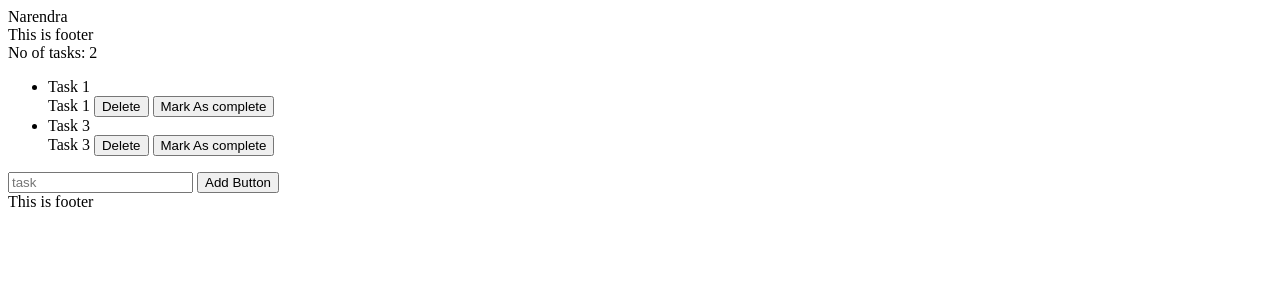
Repository: narendraiitm/jan-2023-term-live-session
Page: todo-vue/index.html
An editor plug-in stored every save of this project. The page is shown before and after the next save, followed by the edit.
The browser window is 1280 px wide. The pictures show the whole page.

Above is the page before, as saved 2023-02-16 17:45:31.

After the next save:
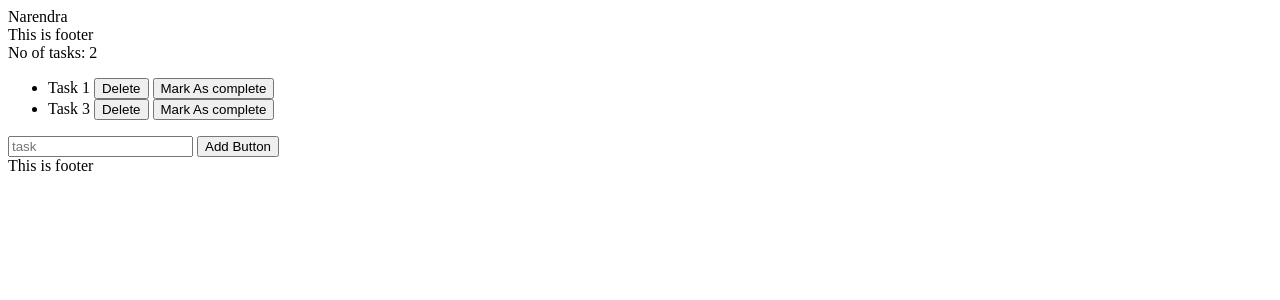
Saved 20 s later.
--- a/todo-vue/Components/Task.js
+++ b/todo-vue/Components/Task.js
@@ -2,5 +2,5 @@
   template: `<div>
     <span>{{task.name}}</span>
     </div>`,
-  props: ['task'],
+  props: ['childTask'],
 }

After the 2 saves that followed:
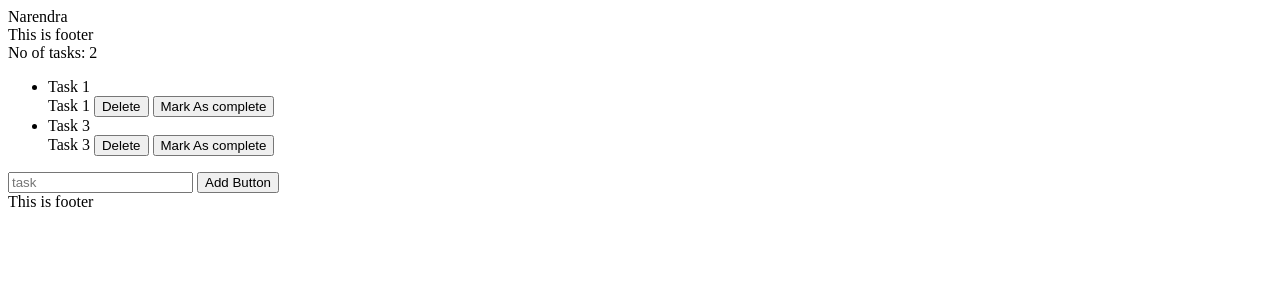
The 2 saves are shown as one change because 1 left the picture as it was.
The last was saved 18 s later.
--- a/todo-vue/app.js
+++ b/todo-vue/app.js
@@ -24,7 +24,7 @@ new Vue({
   <ul>
 
     <li v-for='(task, index) in tasks'>
-        <Task :task='task' />
+        <Task :childTask='task' />
         <span :class='{complete: task.complete}'>{{task.name}}</span>
         <button @click='deleteTask(index)'> Delete</button>
         <button @click='markAsComplete(index)'> Mark As complete</button>
--- a/todo-vue/Components/Task.js
+++ b/todo-vue/Components/Task.js
@@ -1,6 +1,6 @@
 export default {
   template: `<div>
-    <span>{{task.name}}</span>
+    <span>{{childTask.name}}</span>
     </div>`,
   props: ['childTask'],
 }
